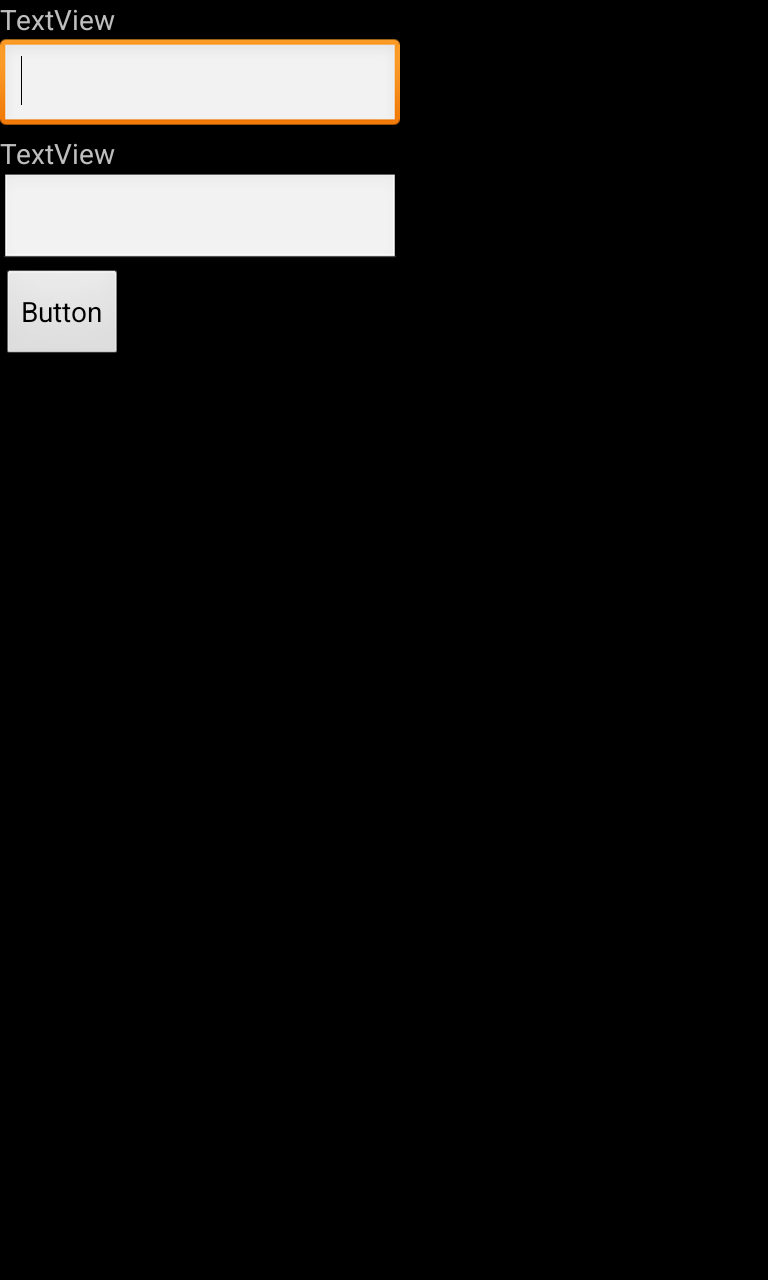
Repository: nuces-acm/DevFest-12-Team-9
Layout: data/Eclipse Workspace of android/Devfest/DCSClientApp/res/layout/signin.xml
These files come from the project's save history. The layout is drawn as it stood at one moment and after the next save; the edit follows.
It is drawn on a 768 x 1280 px phone screen (xhdpi) without system bars, with theme android:Theme; the app's code is not run.

Above is the layout before, as saved 2012-03-31 15:30:31.

After the next save:
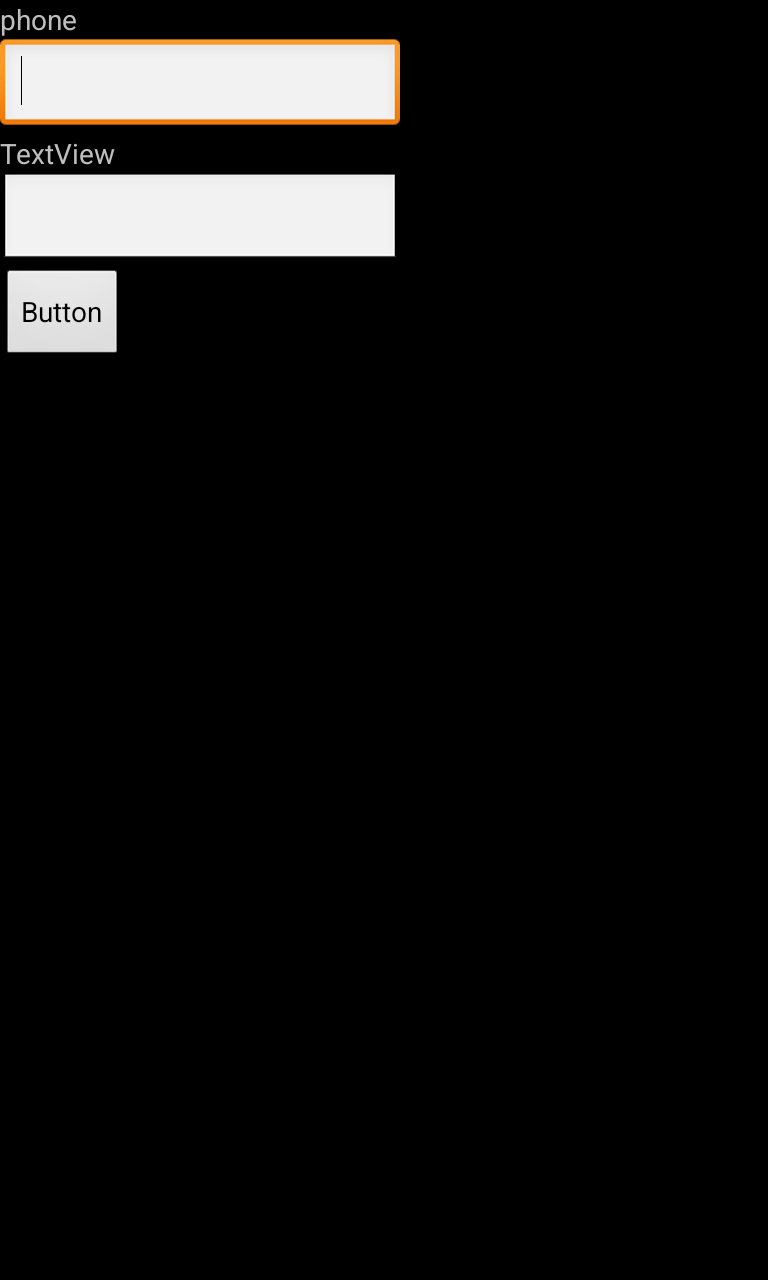
Saved 34 s later.
--- a/data/Eclipse Workspace of android/Devfest/DCSClientApp/res/layout/signin.xml
+++ b/data/Eclipse Workspace of android/Devfest/DCSClientApp/res/layout/signin.xml
@@ -8,7 +8,7 @@
         android:id="@+id/textView1"
         android:layout_width="wrap_content"
         android:layout_height="wrap_content"
-        android:text="TextView" />
+        android:text="phone" />
 
 
     <EditText
